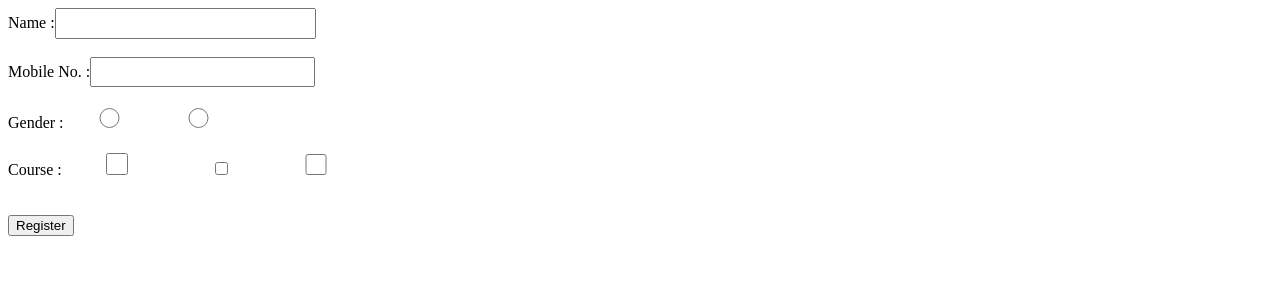
Repository: gtmpry/ssservlet
Page: Priya/WebContent/Registration.html
The author's editor kept a copy of each file at every save. The page is drawn from the files as they stood at one save, then again after the next save.
The browser window is 1280 px wide. The pictures show the whole page.

Above is the page before, as saved 2019-01-21 09:25:07.

### Priya/WebContent/Registration.html
<!DOCTYPE html>
<html>
<head>
<meta charset="ISO-8859-1">
<title>Registration</title>
</head>
<body style="height: 78px; ">
	<form method="post" action="Registration" style="height: 74px; ">Name :<input
			name="name" style="height: 25px; width: 253px"><br><br>Mobile No. :<input
			name="number" style="width: 217px; height: 24px"><br><br>Gender :<input
			name="gender" type="radio" value="Male" style="width: 81px; height: 20px"><input
			name="gender" type="radio" value="Female" style="width: 81px; height: 20px"><br><br>Course :<input
			name="java" type="checkbox" value="java" style="width: 102px; height: 22px"><input
			name="php" type="checkbox" value="PHP" style="width: 93px; "><input
			name="android" type="checkbox" value="Android" style="width: 82px; height: 21px"><br><br><br><input
			type="submit" value="Register">
	</form>
</body>
</html>

After the next save:
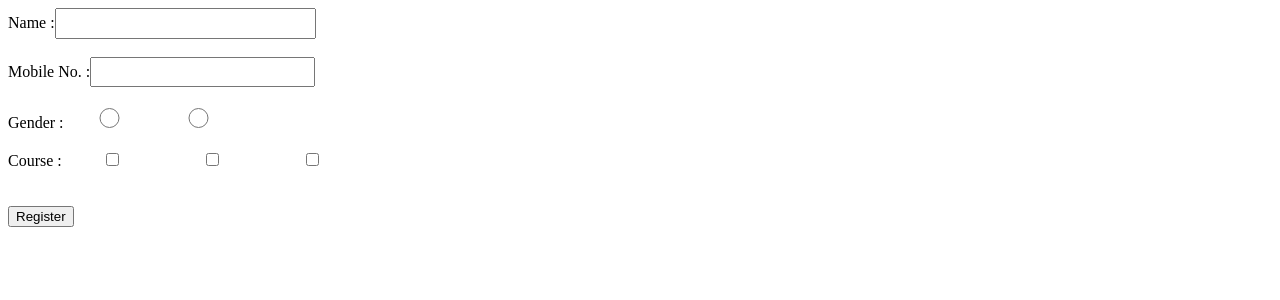
Saved 2 min 27 s later.
--- a/Priya/WebContent/Registration.html
+++ b/Priya/WebContent/Registration.html
@@ -10,9 +10,9 @@
 			name="number" style="width: 217px; height: 24px"><br><br>Gender :<input
 			name="gender" type="radio" value="Male" style="width: 81px; height: 20px"><input
 			name="gender" type="radio" value="Female" style="width: 81px; height: 20px"><br><br>Course :<input
-			name="java" type="checkbox" value="java" style="width: 102px; height: 22px"><input
+			name="java" type="checkbox" value="java" style="width: 93px;"><input
 			name="php" type="checkbox" value="PHP" style="width: 93px; "><input
-			name="android" type="checkbox" value="Android" style="width: 82px; height: 21px"><br><br><br><input
+			name="android" type="checkbox" value="Android" style="width:93px;"><br><br><br><input
 			type="submit" value="Register">
 	</form>
 </body>
